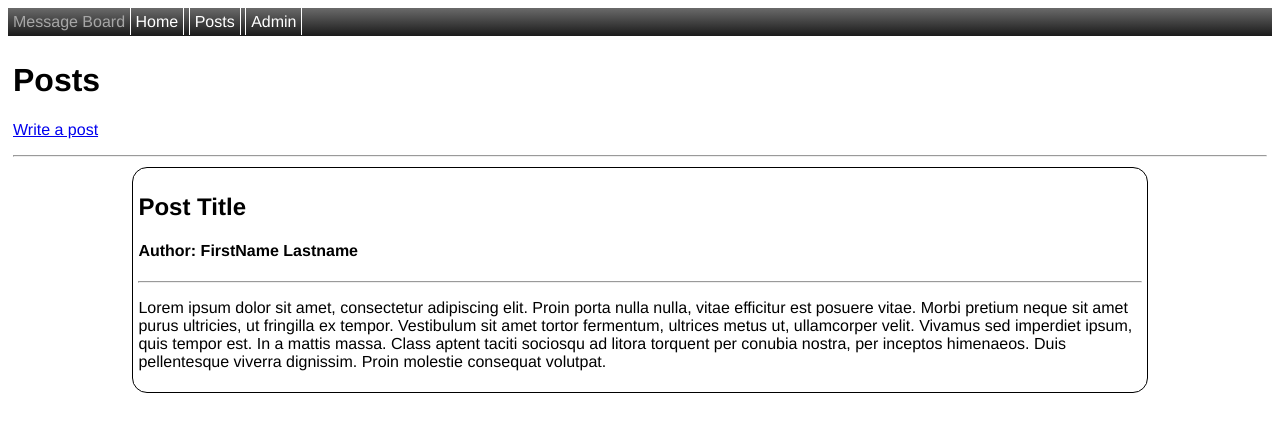
Repository: JesseFo/Whitespace
Page: http://localhost/whitespace/WEB-INF/comment.jsp
An editor plug-in stored every save of this project. The page is shown before and after the next save, followed by the edit.
The browser window is 1280 px wide. The pictures show the whole page.
The page is served by Tomcat 9. Nobody is signed in. Other server files are loaded and not shown. The template is opened directly, without the code that normally fills it, so the values that code supplies are empty.

Above is the page before, as saved 2015-12-05 08:33:15.

### whitespace/WebContent/WEB-INF/comment.jsp
<%@ page language="java" contentType="text/html; charset=ISO-8859-1"
    pageEncoding="ISO-8859-1"%>
<!DOCTYPE html PUBLIC "-//W3C//DTD HTML 4.01 Transitional//EN" "http://www.w3.org/TR/html4/loose.dtd">
<html>
	<head>
		<meta http-equiv="Content-Type" content="text/html; charset=ISO-8859-1">
		<title>Posts</title>
		<link rel="stylesheet" type="text/css" href="main.css">
	</head>
	<body>
		<div id="wrapper">
			<nav>
				Message Board
				<a href="#">Home</a>
				<a href="posts.jsp">Posts</a>
				<a href="#">Admin</a>
			</nav>

			<div id="content">
				<h1>Posts</h1>
				<p><a href="newpost.jsp">Write a post</a></p>
				<hr />
				<div class="post">
					<h2>Post Title</h2>
					<h4>Author: FirstName Lastname</h4>
					<hr />
					<p>Lorem ipsum dolor sit amet, consectetur adipiscing elit. Proin porta nulla nulla, vitae efficitur est posuere vitae. Morbi pretium neque sit amet purus ultricies, ut fringilla ex tempor. Vestibulum sit amet tortor fermentum, ultrices metus ut, ullamcorper velit. Vivamus sed imperdiet ipsum, quis tempor est. In a mattis massa. Class aptent taciti sociosqu ad litora torquent per conubia nostra, per inceptos himenaeos. Duis pellentesque viverra dignissim. Proin molestie consequat volutpat.</p>
					<a href="comment.jsp?p=postid"></a>
				</div>
			</div>
		</div>
	</body>
</html>

### whitespace/WebContent/WEB-INF/main.css
@CHARSET "ISO-8859-1";

#wrapper
{
	font-family: Helvetica, Arial, sans-serif;
}

nav
{
  background: -webkit-linear-gradient(#6A6A6A, #1A1A1A); /* For Safari 5.1 to 6.0 */
  background: -o-linear-gradient(#6A6A6A, #1A1A1A); /* For Opera 11.1 to 12.0 */
  background: -moz-linear-gradient(#6A6A6A, #1A1A1A); /* For Firefox 3.6 to 15 */
  background: linear-gradient(#6A6A6A, #1A1A1A); /* Standard syntax */
  color: #A6A6A6;
  padding: 5px
}

nav > a
{
	text-decoration: none;
	color: white;
	padding: 5px;
	border-left: 1px solid white;
	border-right: 1px solid white;
	margin: 0;
}

#content
{
	padding: 5px;
}

td
{
	padding-right: 5px;
}

.formlabel
{
	text-align: right;
}

.post
{
	border: 1px solid black;
	border-radius: 15px;
	width: 80%;
	padding: 5px;
	margin: 10px auto;
}

After the next save:
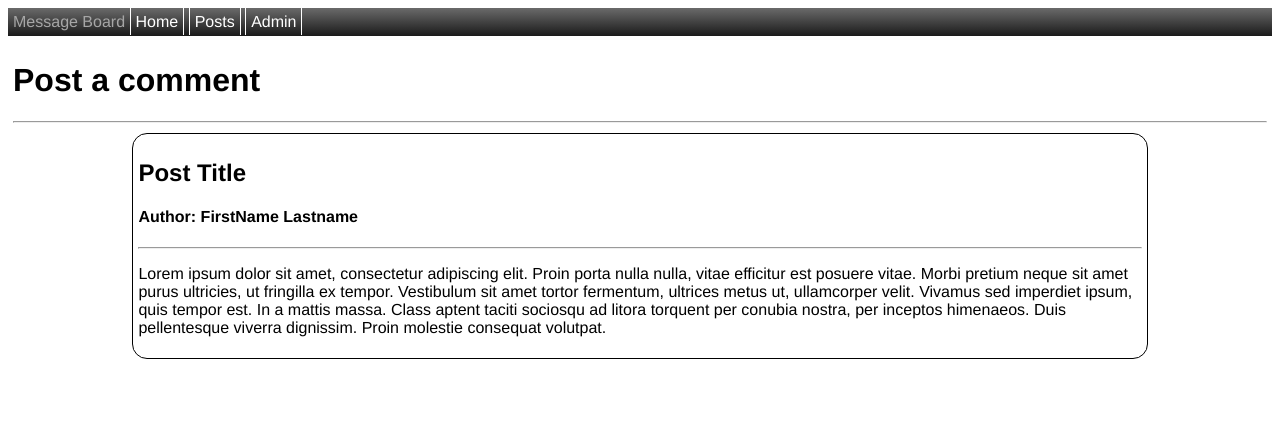
Saved 3 min 45 s later.
--- a/whitespace/WebContent/WEB-INF/comment.jsp
+++ b/whitespace/WebContent/WEB-INF/comment.jsp
@@ -17,8 +17,7 @@
 			</nav>
 
 			<div id="content">
-				<h1>Posts</h1>
-				<p><a href="newpost.jsp">Write a post</a></p>
+				<h1>Post a comment</h1>
 				<hr />
 				<div class="post">
 					<h2>Post Title</h2>
